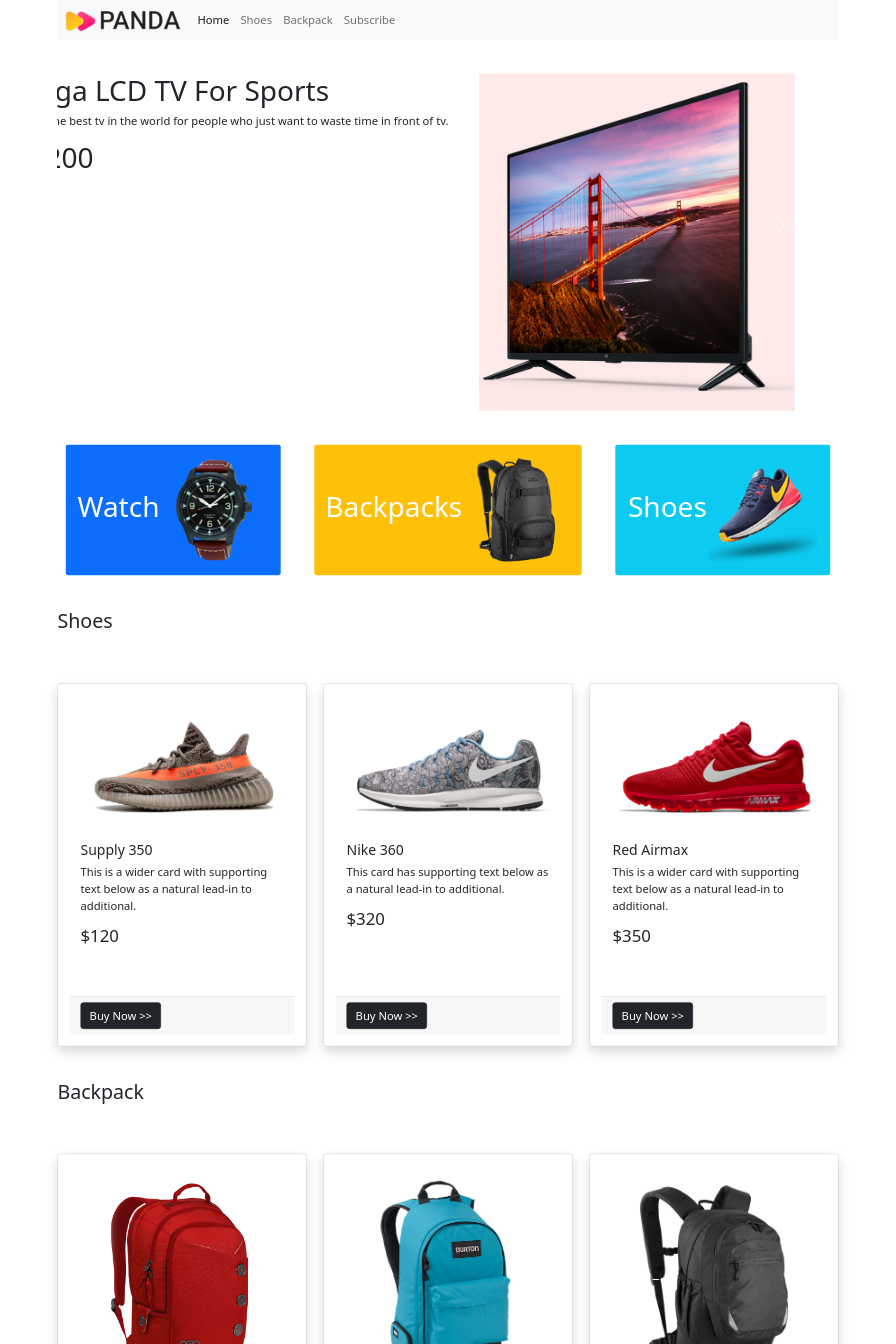
Repository: omarhasnain/panda-commerce-bootstrap
Page: index.html
An editor plug-in stored every save of this project. The page is shown before and after the next save, followed by the edit.
The browser window is 1280 px wide. The pictures show the part of the page from y = 0 to 1920 px (the page is 2672 px tall), at 70% of full size.

Above is the page before, as saved 2021-01-14 18:03:55.

### index.html
<!DOCTYPE html>
<html lang="en">
<head>
    <meta charset="UTF-8">
    <meta name="viewport" content="width=device-width, initial-scale=1.0">
    <title>Panda Commerce</title>
    <link href="https://cdn.jsdelivr.net/npm/bootstrap@5.0.0-beta1/dist/css/bootstrap.min.css" rel="stylesheet" integrity="sha384-giJF6kkoqNQ00vy+HMDP7azOuL0xtbfIcaT9wjKHr8RbDVddVHyTfAAsrekwKmP1" crossorigin="anonymous">
</head>
<body>
    <header class="container">
        <nav class="navbar navbar-expand-lg navbar-light bg-light">
            <div class="container-fluid">
              <a class="navbar-brand" href="#"><img src="images/logo.png" alt=""></a>
              <button class="navbar-toggler" type="button" data-bs-toggle="collapse" data-bs-target="#navbarNavAltMarkup" aria-controls="navbarNavAltMarkup" aria-expanded="false" aria-label="Toggle navigation">
                <span class="navbar-toggler-icon"></span>
              </button>
              <div class="collapse navbar-collapse" id="navbarNavAltMarkup">
                <div class="navbar-nav">
                  <a class="nav-link active" aria-current="page" href="#">Home</a>
                  <a class="nav-link" href="#">Shoes</a>
                  <a class="nav-link" href="#">Backpack</a>
                  <a class="nav-link" href="#" tabindex="-1" >Subscribe</a>
                </div>
              </div>
            </div>
          </nav>

        <section>
            <div id="carouselExampleControls" class="carousel slide" data-bs-ride="carousel">
                <div class="carousel-inner">
                  <div class="carousel-item active mt-5">
                   <div class="row">
                       <div class="col-md-7">
                           <h1>Mega LCD TV For Sports</h1>
                           <p>This is the best tv in the world for people who just want to waste time in front of tv.</p>
                           <h1>$1200</h1>
                       </div>
                       <div class="col-md-5">
                        <img src="images/banner-images/tv.png" class="d-block w-100" alt="...">
                       </div>
                   </div>
                  </div>
                  <div class="carousel-item">
                    <div class="row">
                        <div class="col-md-7">

                        </div>
                        <div class="col-md-5">
                            <img src="images/banner-images/headphone.png" class="d-block w-100" alt="...">
                        </div>
                    </div>
                  </div>
                  <div class="carousel-item">
                   <div class="row">
                       <div class="col-md-7">

                       </div>
                       <div class="col-md-5">
                        <img src="images/banner-images/xbox.png" class="d-block w-100" alt="...">
                       </div>
                   </div>
                  </div>
                </div>
                <a class="carousel-control-prev" href="#carouselExampleControls" role="button" data-bs-slide="prev">
                  <span class="carousel-control-prev-icon" aria-hidden="true"></span>
                  <span class="visually-hidden">Previous</span>
                </a>
                <a class="carousel-control-next" href="#carouselExampleControls" role="button" data-bs-slide="next">
                  <span class="carousel-control-next-icon" aria-hidden="true"></span>
                  <span class="visually-hidden">Next</span>
                </a>
              </div>
        </section>


    </header>
    <main class="container">
        <section class="container overflow-hidden mt-5">
            <div class="row gx-5">
              <div class="col">
               <div class="p-3 rounded bg-primary d-flex align-items-center justify-content-around">
                   <h1 class="text-white">Watch</h1>
                   <img src="images/categories/watch.png" alt="">
               </div>
              </div>
              <div class="col">
                <div class="p-3 rounded bg-warning d-flex align-items-center justify-content-around">
                    <h1 class="text-white">Backpacks</h1>
                    <img src="images/categories/bag.png" alt="">
                </div>
               </div>
               <div class="col">
                <div class="p-3 rounded bg-info d-flex align-items-center justify-content-around">
                    <h1 class="text-white">Shoes</h1>
                    <img src="images/categories/shoes.png" alt="">
                </div>
               </div>

            </div>
        </section>

        <section class="mt-5">
            <h3>Shoes</h3>
            <div class="row row-cols-1 row-cols-md-3 g-4 mt-5">
                <div class="col">
                  <div class="card h-100 shadow p-3 mb-5 bg-white rounded">
                    <img src="images/shoes/shoe-1.png" class="card-img-top" alt="...">
                    <div class="card-body ">
                      <h5 class="card-title">Supply 350</h5>
                      <p class="card-text">This is a wider card with supporting text below as a natural lead-in to additional.
                    </p>
                    <h4>$120</h4>
                    </div>

                    <div class="card-footer">
                    <button class="text-white btn btn-dark">Buy Now >></button>
                    </div>
                  </div>
                </div>
                <div class="col">
                  <div class="card h-100 shadow p-3 mb-5 bg-white rounded">
                    <img src="images/shoes/shoe-2.png" class="card-img-top" alt="...">
                    <div class="card-body">
                      <h5 class="card-title">Nike 360</h5>
                      <p class="card-text">This card has supporting text below as a natural lead-in to additional.</p>
                      <h4>$320</h4>
                    </div>
                    <div class="card-footer">
                        <button class="text-white btn btn-dark">Buy Now >></button>
                    </div>
                  </div>
                </div>
                <div class="col">
                  <div class="card h-100 shadow p-3 mb-5 bg-white rounded">
                    <img src="images/shoes/shoe-3.png" class="card-img-top" alt="...">
                    <div class="card-body">
                      <h5 class="card-title">Red Airmax</h5>
                      <p class="card-text">This is a wider card with supporting text below as a natural lead-in to additional.</p>
                      <h4>$350</h4>
                    </div>
                    <div class="card-footer">
                        <button class="text-white btn btn-dark">Buy Now >></button>
                    </div>
                  </div>
                </div>
            </div>


        </section>

        <section class="mt-5">
            <h3>Backpack</h3>
            <div class="row row-cols-1 row-cols-md-3 g-4 mt-5">
                <div class="col">
                  <div class="card h-100 shadow p-3 mb-5 bg-white rounded">
                    <img src="images/bags/bag-1.png" class="card-img-top" alt="...">
                    <div class="card-body ">
                      <h5 class="card-title">Red Fort</h5>
                      <h5>$120</h5>
                      <p class="card-text">This is a wider card with supporting text below as a natural lead-in to additional.
                    </p>

                    </div>

                    <div class="card-footer">
                    <button class="text-white btn btn-dark">Buy Now >></button>
                    </div>
                  </div>
                </div>
                <div class="col">
                  <div class="card h-100 shadow p-3 mb-5 bg-white rounded">
                    <img src="images/bags/bag-2.png" class="card-img-top" alt="...">
                    <div class="card-body">
                      <h5 class="card-title">Blue Berry</h5>
                      <h5>$320</h5>
                      <p class="card-text">This card has supporting text below as a natural lead-in to additional.</p>

                    </div>
                    <div class="card-footer">
                        <button class="text-white btn btn-dark">Buy Now >></button>
                    </div>
                  </div>
                </div>
                <div class="col">
                  <div class="card h-100 shadow p-3 mb-5 bg-white rounded">
                    <img src="images/bags/bag-3.png" class="card-img-top" alt="...">
                    <div class="card-body">
                      <h5 class="card-title">Black Pack</h5>
                      <h5>$350</h5>
                      <p class="card-text">This is a wider card with supporting text below as a natural lead-in to additional.</p>

                    </div>
                    <div class="card-footer">
                        <button class="text-white btn btn-dark">Buy Now >></button>
                    </div>
                  </div>
                </div>
            </div>


        </section>
        <section style="height: 300px; background-color: rgb(252, 228, 218);" class="mt-5 d-flex  align-items-center justify-content-center ">
           <div>
            <h1>LET'S STAY IN TOUCH</h1>
            <h6>Get updates on sales, specials and more</h6>
            <input type="text" placeholder="Enter Your Email Address">
            <div>
            <button style="background-color: rgb(247, 70, 99);" class="btn btn-dark radius ">SUBMIT</button>
           </div>

        </section>

    </main>
    <footer class="text-center mt-5">
        <small>©2020. Panda Commerce. All rights reserved. Sofia, Bulgaria.</small>
    </footer>














    <script src="https://cdn.jsdelivr.net/npm/bootstrap@5.0.0-beta1/dist/js/bootstrap.bundle.min.js" integrity="sha384-ygbV9kiqUc6oa4msXn9868pTtWMgiQaeYH7/t7LECLbyPA2x65Kgf80OJFdroafW" crossorigin="anonymous"></script>
</body>
</html>

After the next save:
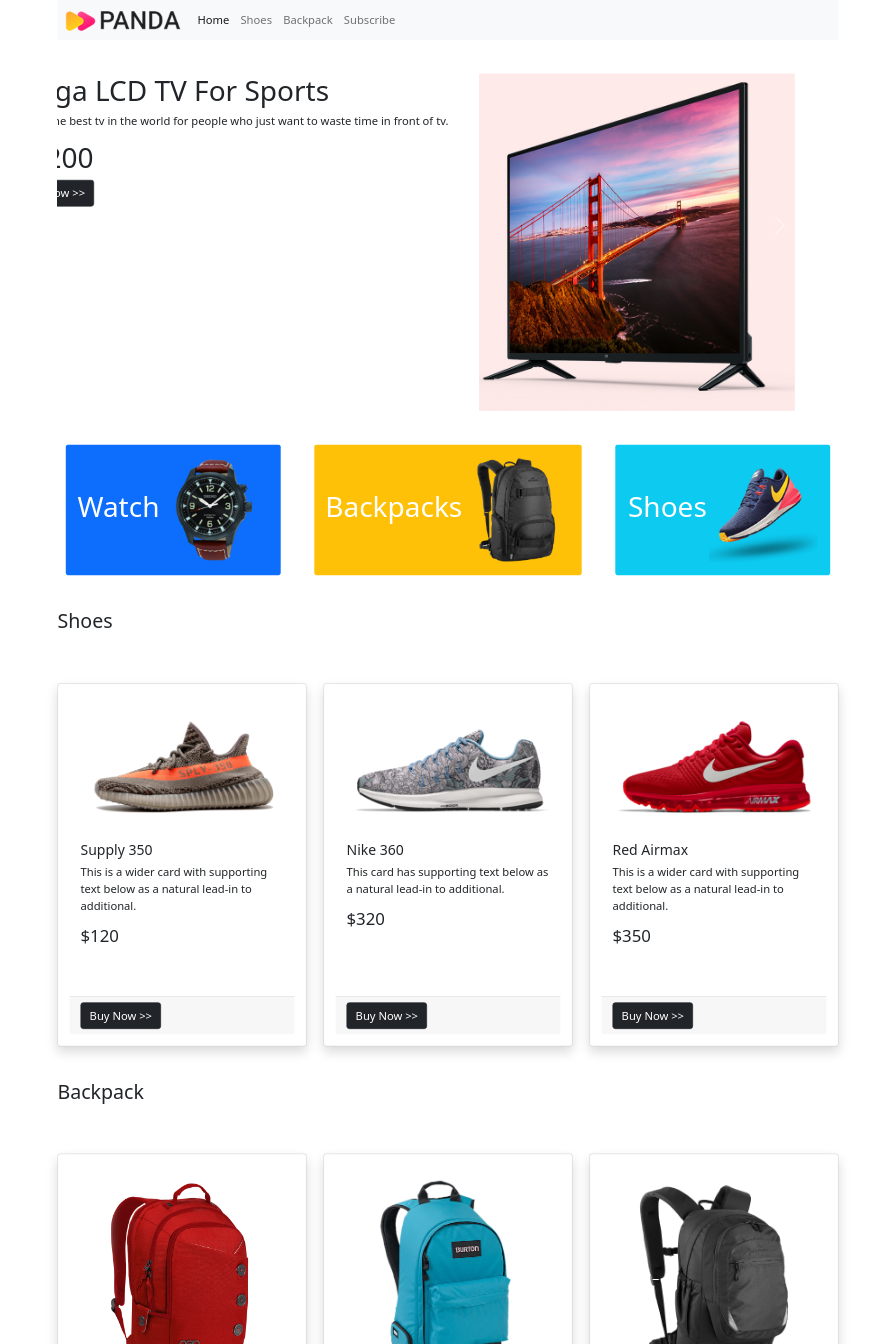
Saved 58 s later.
--- a/index.html
+++ b/index.html
@@ -34,6 +34,7 @@
                            <h1>Mega LCD TV For Sports</h1>
                            <p>This is the best tv in the world for people who just want to waste time in front of tv.</p>
                            <h1>$1200</h1>
+                           <button class="btn btn-dark">Buy Now >></button>
                        </div>
                        <div class="col-md-5">
                         <img src="images/banner-images/tv.png" class="d-block w-100" alt="...">
